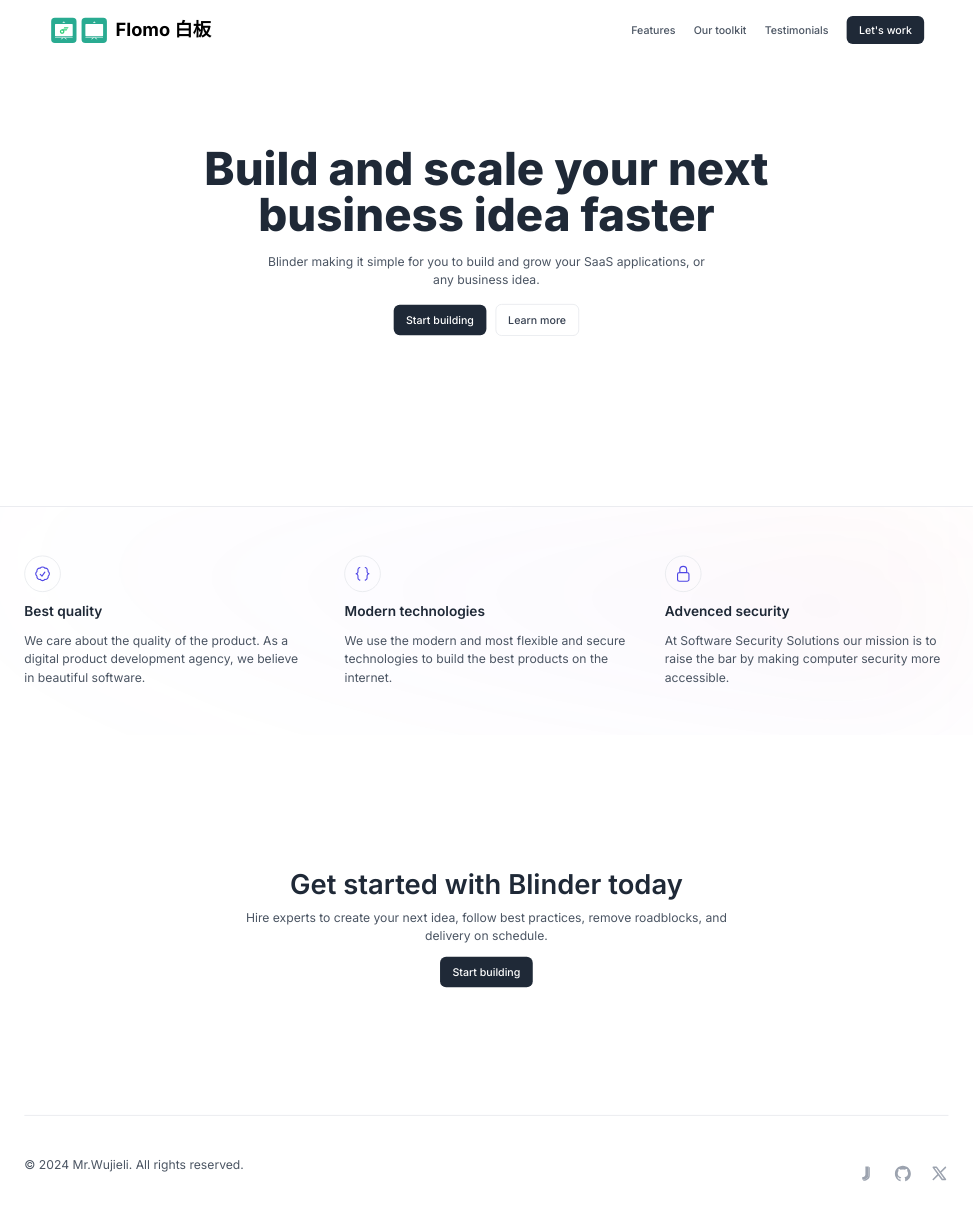
Repository: wujieli0207/flomo-board
Page: /
An editor plug-in stored every save of this project. The page is shown before and after a run of saves, followed by the edit.
The browser window is 1280 px wide. The pictures show the whole page, at 76% of full size.
The project was rebuilt for these pictures with package versions that can differ from the ones it lists, and the page was loaded fresh each time. The framework's server and built-in components were replaced by stand-ins that run in the browser. Also part of the build but not shown: next.config.mjs.

Above is the page before, as saved 2024-06-22 20:09:00.

After the next 2 saves:
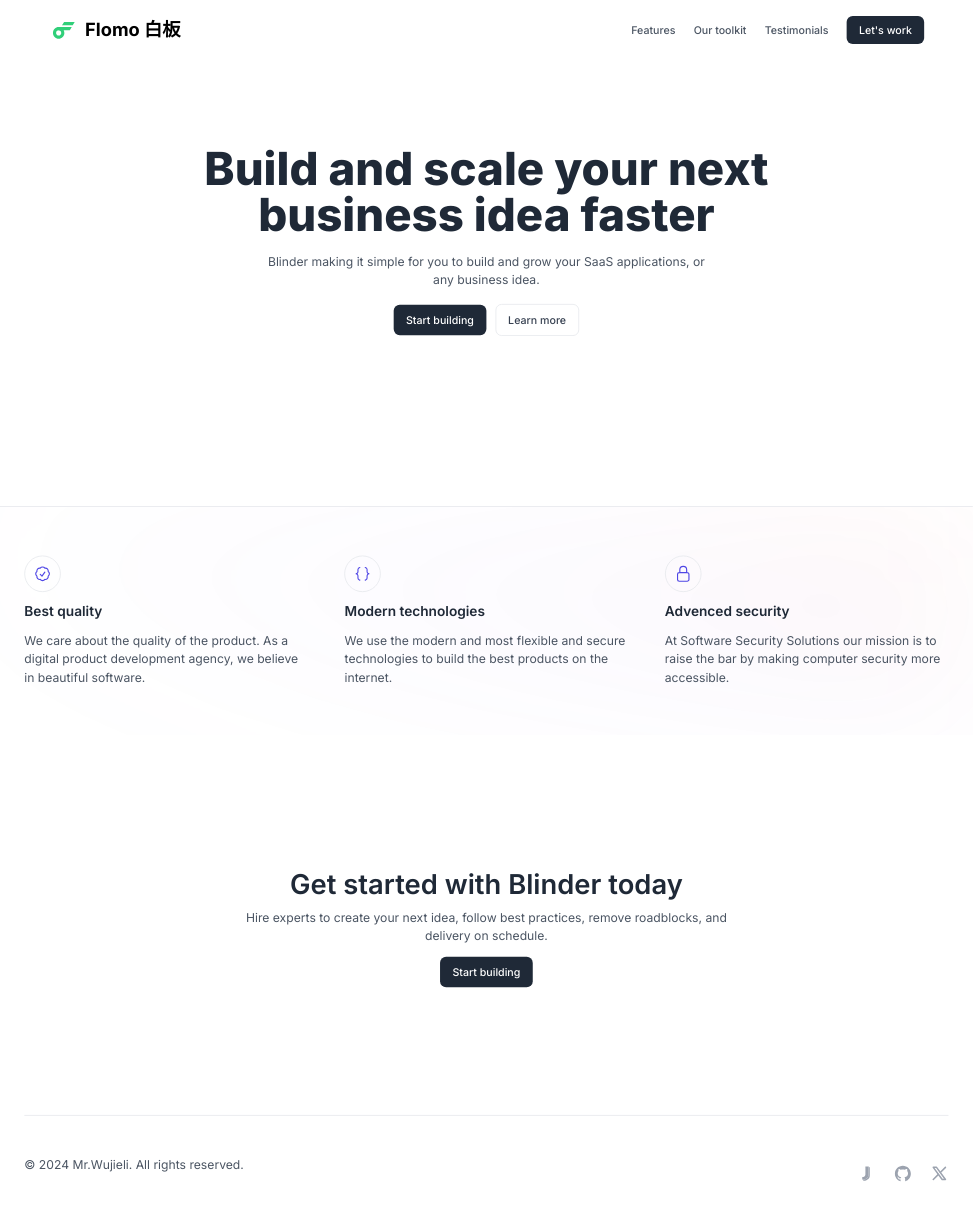
The 2 saves are shown as one change because they came seconds apart.
The last was saved 24 s later.
--- a/components/ui/Brand/index.tsx
+++ b/components/ui/Brand/index.tsx
@@ -3,8 +3,7 @@
 
 const Brand = () => (
   <Link href="/" className="flex items-center">
-    <Image src="/flomo-logo.svg" width={40} height={40} alt="logo" />
-    <Image src="/whiteboard-logo.svg" width={40} height={40} alt="logo" />
+    <Image src="/logo.svg" width={40} height={40} alt="logo" />
     <h1 className="ml-2 text-2xl font-bold">Flomo 白板</h1>
   </Link>
 )
